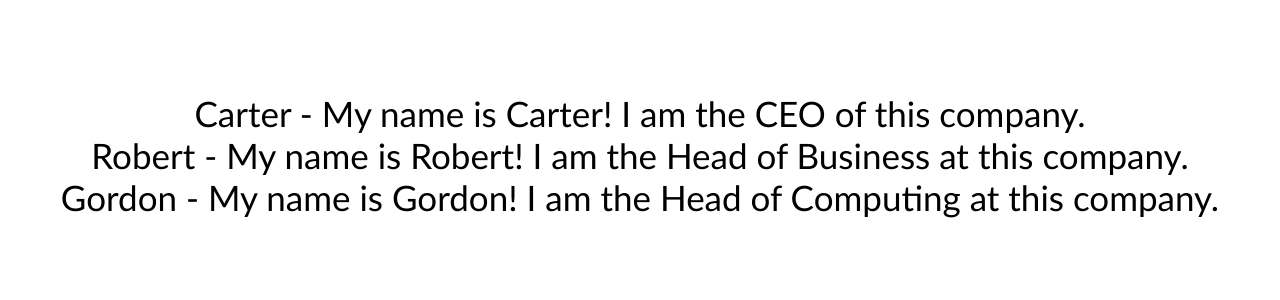
Repository: cartervandekamp/class03-styled-2109
Page: /about
These files come from the project's save history. The page is drawn as it stood at one moment and after the next save; the edit follows.
The browser window is 1280 px wide. The pictures show the whole page.
The project was rebuilt for these pictures with package versions that can differ from the ones it lists, and the page was loaded fresh each time. The framework's server and built-in components were replaced by stand-ins that run in the browser. Also part of the build but not shown: next.config.js.

Above is the page before, as saved 2023-01-24 17:12:39.

### pages/about.js

import styles from "../styles/About.module.css";
import { useState } from "react";
import data from "../data/ourTeam.json";
import Text from "../components/Text/index";
import Link from "next/link";


export default function About() {
    const [information, setInformation] = useState([...data]);


        return (

    <div className={styles.main}>
            <div className={styles.title}>
        <>About Our Team</>
        </div>

        <div className={styles.names}>
        {information &&
          information.map((info, index) => {
            if (info.role.toLowerCase() === "team member") {
              return <Text key={index} name={info.name} />;
            }
          })}
        </div>
    </div>
    )
}

### styles/globals.css
html,
body {
  padding: 0;
  margin: 0;
  font-family: 'Gill Sans', 'Gill Sans MT', Calibri, 'Trebuchet MS', sans-serif;
}

a {
  color: inherit;
  text-decoration: none;
}

* {
  box-sizing: border-box;
}

@media (prefers-color-scheme: dark) {
  html {
    color-scheme: dark;
  }
  body {
    color: white;
    background: rgb(246, 141, 141);
  }
}

### styles/About.module.css
.title {
    color: #ffffff;
    text-align: center;
    font-style: oblique;
    font-weight: bolder;
    font-size: 60px;
    margin-top: 20px;
}

.names {
    text-align: center;
    font-size: 35px;
}

### data/ourTeam.json
[
    {
        "name": "Carter - My name is Carter! I am the CEO of this company.",
        "role": "Team Member"
    },

    {
        "name": "Robert - My name is Robert! I am the Head of Business at this company.",
        "role": "Team Member"
    },

    {
        "name": "Gordon - My name is Gordon! I am the Head of Computing at this company.",
        "role": "Team Member"
    }
]

### components/Text/index.js
import styles from "./Text.module.css";

export default function Text ({ name = "none" }) {
    return (
        <div className={styles.main}>
          <div className={styles.data}>{name}</div>
        </div>
      );
    }

Loaded but not shown: pages/_app.js (common file); components/Text/Text.module.css (no stored copy; drawn as an empty file)

After the next save:
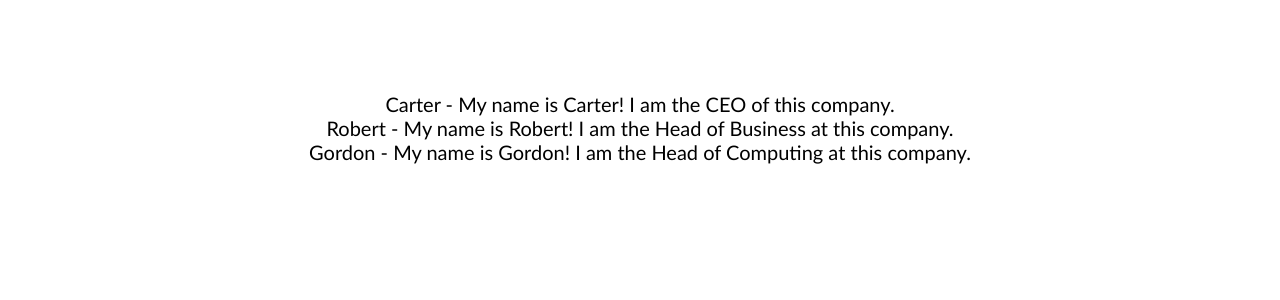
Saved 9 s later.
--- a/styles/About.module.css
+++ b/styles/About.module.css
@@ -9,5 +9,5 @@
 
 .names {
     text-align: center;
-    font-size: 35px;
+    font-size: 20px;
 }
